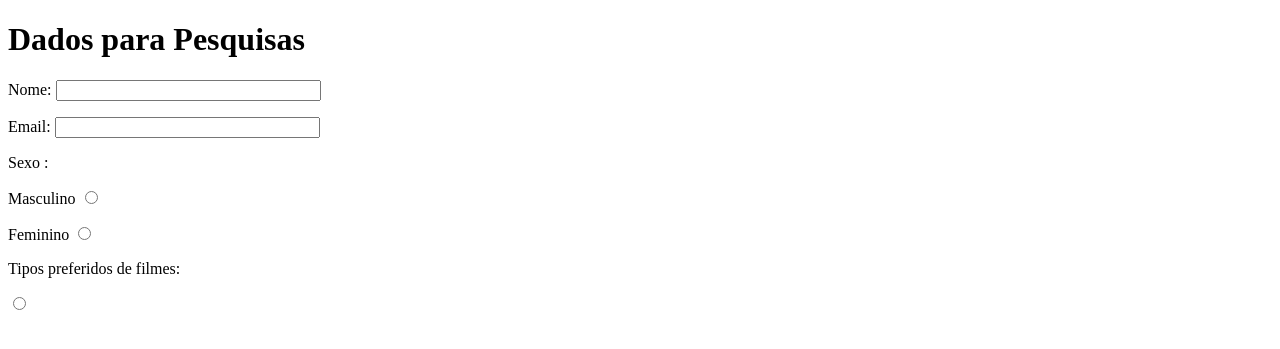
Repository: Marcelinalima/Java_JSP
Page: projeto_pesquisa/src/main/webapp/inserirPesquisa.html
An editor plug-in stored every save of this project. The page is shown before and after the next save, followed by the edit.
The browser window is 1280 px wide. The pictures show the whole page.

Above is the page before, as saved 2023-04-12 19:26:26.

After the next save:
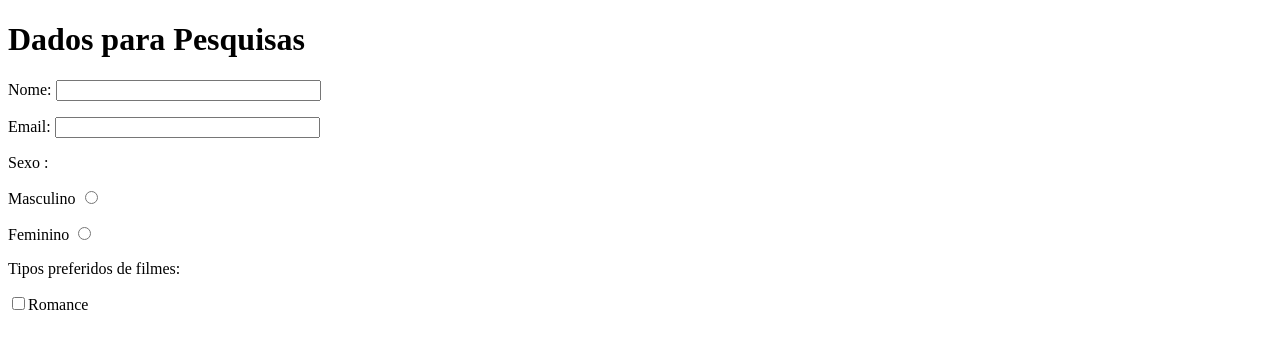
Saved 117 s later.
--- a/projeto_pesquisa/src/main/webapp/inserirPesquisa.html
+++ b/projeto_pesquisa/src/main/webapp/inserirPesquisa.html
@@ -18,7 +18,7 @@
      <p>Feminino  <input type="radio" name="p_sexo" value="feminino"></p>
 
      <p> Tipos preferidos de filmes: </p>
-     <p> <input type="radio" name="p_sexo" value="feminino"></p>
+     <p> <input type="checkbox" name="p_ck1" value="romance">Romance</p>
 
    </form>
 
